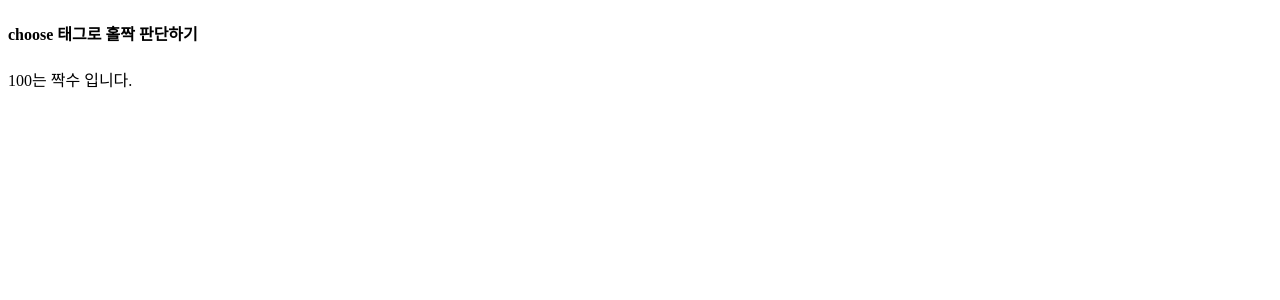
Repository: Motibidu/JSP_Servlet
Page: http://localhost/MushHaveJsp/11JSTL/core/Choose.jsp
The author's editor kept a copy of each file at every save. The page is drawn from the files as they stood at one save, then again after the next save.
The browser window is 1280 px wide. The pictures show the whole page.
The page is served by Tomcat 10. Other server files are loaded and not shown.

Above is the page before, as saved 2025-05-13 01:42:08.

### MushHaveJsp/src/main/webapp/11JSTL/core/Choose.jsp
<%@ page language="java" contentType="text/html; charset=UTF-8"
    pageEncoding="UTF-8"%>
<%@ taglib prefix= "c" uri="jakarta.tags.core" %>
<!DOCTYPE html>
<html>
<head>
<meta charset="UTF-8">
<title>JSTL- choose/when/otherwise</title>
</head>
<body>
	<c:set var= "number" value= "100"/>

	<h4>choose 태그로 홀짝 판단하기</h4>
	<c:choose>
		<c:when test= "${ number mod 2 eq 0 }">
			${ number }는 짝수 입니다.
		</c:when>
		<c:otherwise>
			${ number }는 홀수입니다.
		</c:otherwise>
	</c:choose>
</body>
</html>

After the next save:
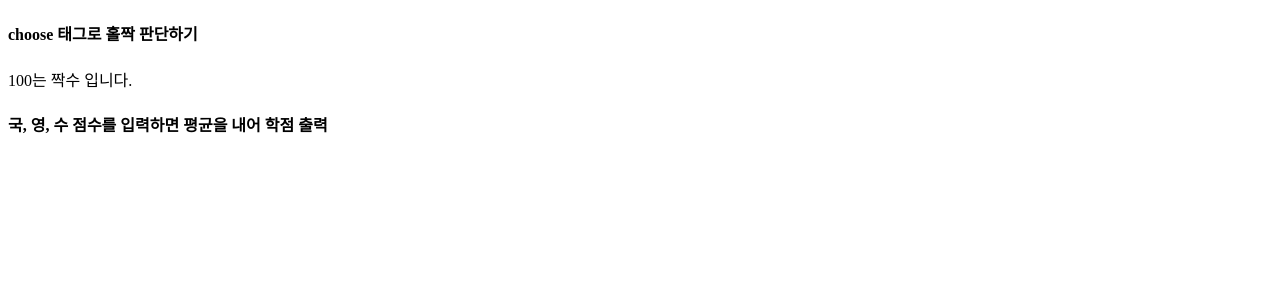
Saved 11 s later.
--- a/MushHaveJsp/src/main/webapp/11JSTL/core/Choose.jsp
+++ b/MushHaveJsp/src/main/webapp/11JSTL/core/Choose.jsp
@@ -19,5 +19,7 @@
 			${ number }는 홀수입니다.
 		</c:otherwise>
 	</c:choose>
+
+	<h4>국, 영, 수 점수를 입력하면 평균을 내어 학점 출력</h4>
 </body>
 </html>
